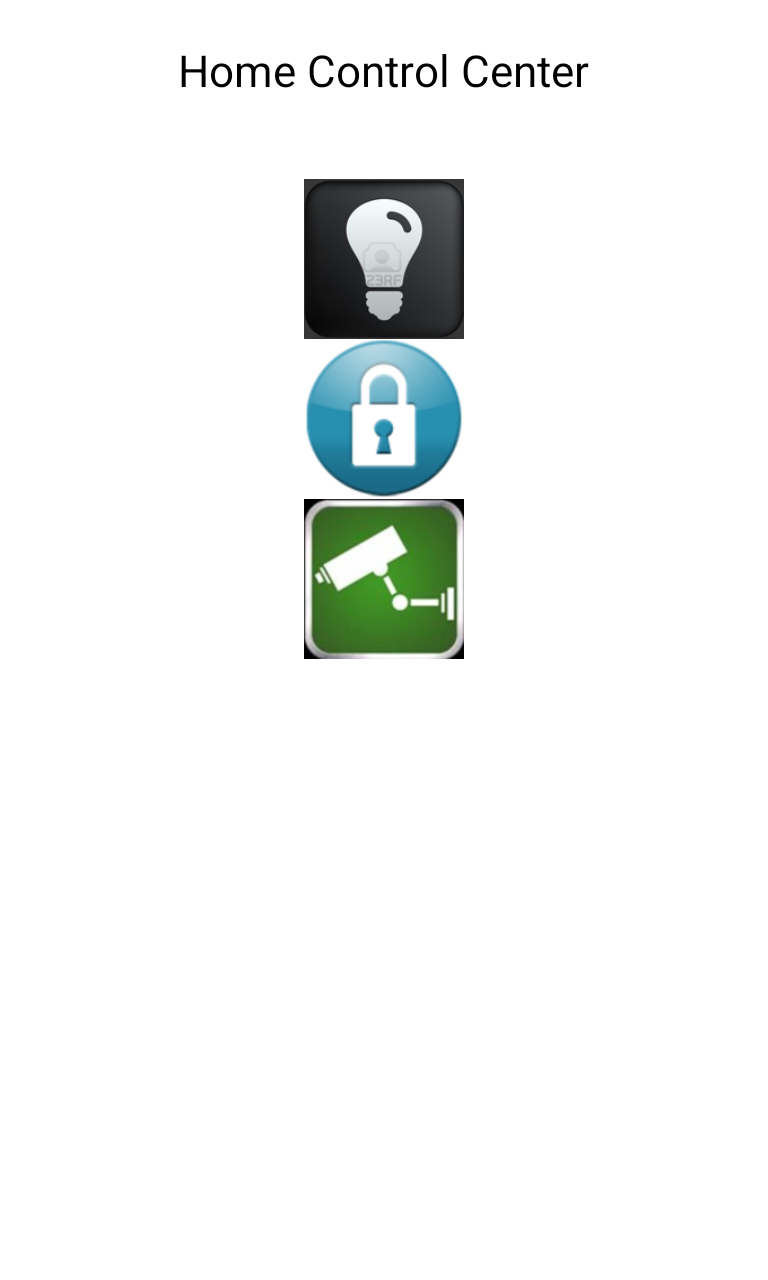
Repository: Teketel/hujeManiita
Layout: workspace/android/Besso/res/layout/center_activity.xml
These files come from the project's save history. The layout is drawn as it stood at one moment and after the next save; the edit follows.
It is drawn on a 768 x 1280 px phone screen (xhdpi) without system bars, with theme AppTheme; the app's code is not run.

Above is the layout before, as saved 2013-04-06 13:38:44.

After the next save:
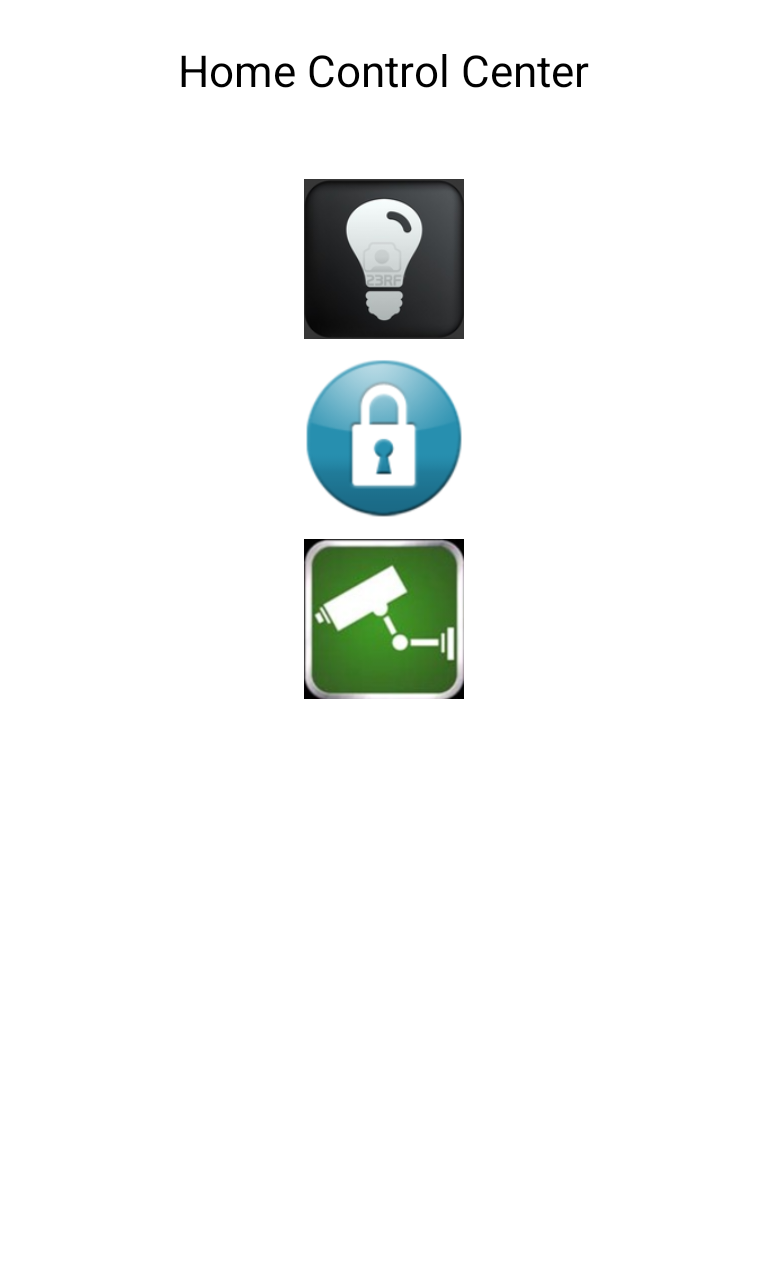
Saved 45 min 8 s later.
--- a/workspace/android/Besso/res/layout/center_activity.xml
+++ b/workspace/android/Besso/res/layout/center_activity.xml
@@ -26,6 +26,7 @@
         <!--android:background="@color/txtClr" -->
 
     <Button
+        android:layout_marginTop="10dp"
         android:id="@+id/Door"
         android:layout_width="80dp"
         android:layout_height="80dp"
@@ -35,6 +36,7 @@
         <!--android:background="@color/txtClr" -->
 
     <Button
+        android:layout_marginTop="10dp"
         android:id="@+id/Camera"
         android:layout_width="80dp"
         android:layout_height="80dp"
